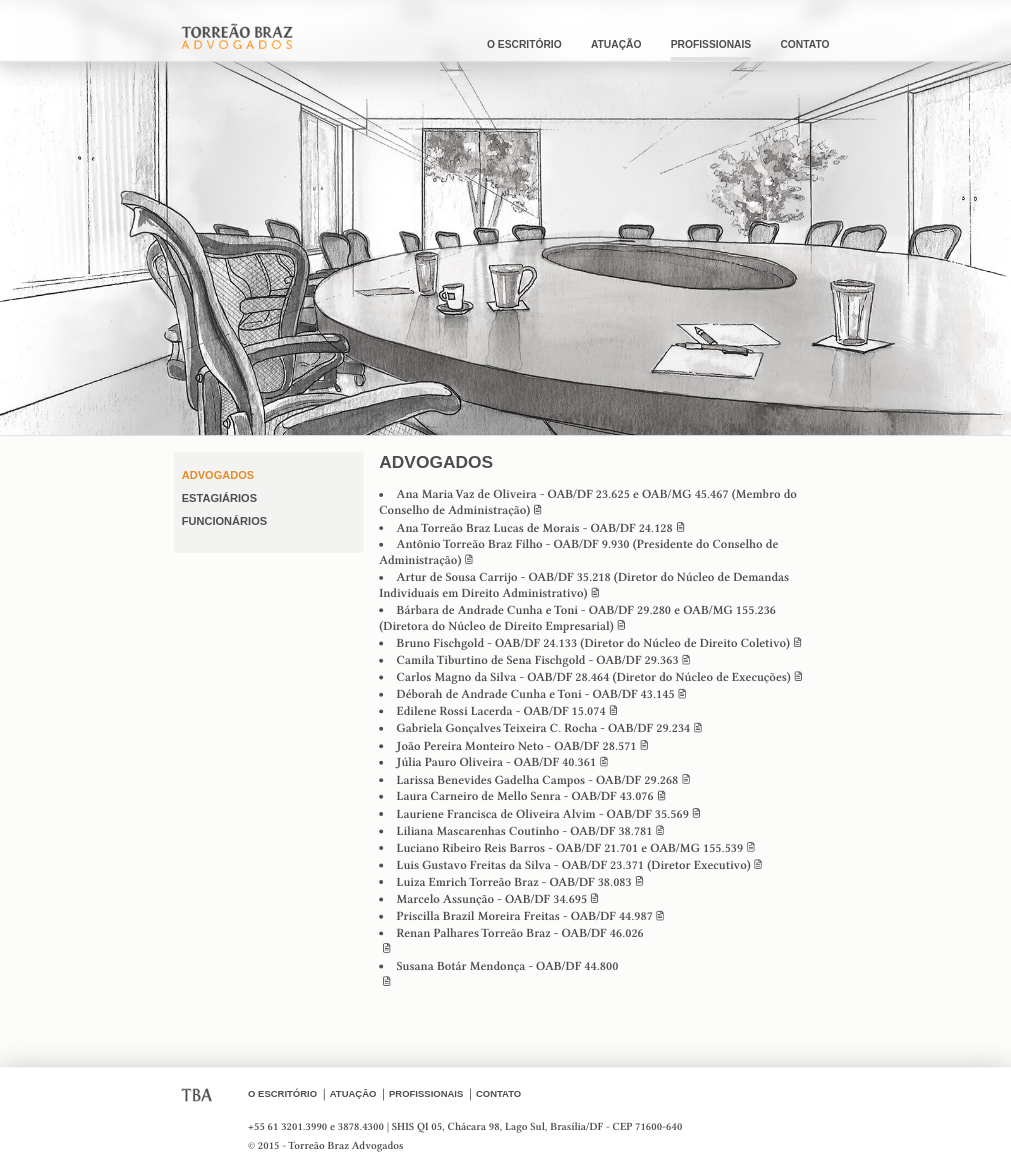
Repository: flira/torreao-braz
Page: dev/profissionais.html
The author's editor kept a record of every edit. The page is drawn from the files as they stood at one moment, then again after the next edit.
The browser window is 1280 px wide. The pictures show the whole page, at 79% of full size.
Some web libraries are served in a nearby version.

Above is the page before.

After the next edit:
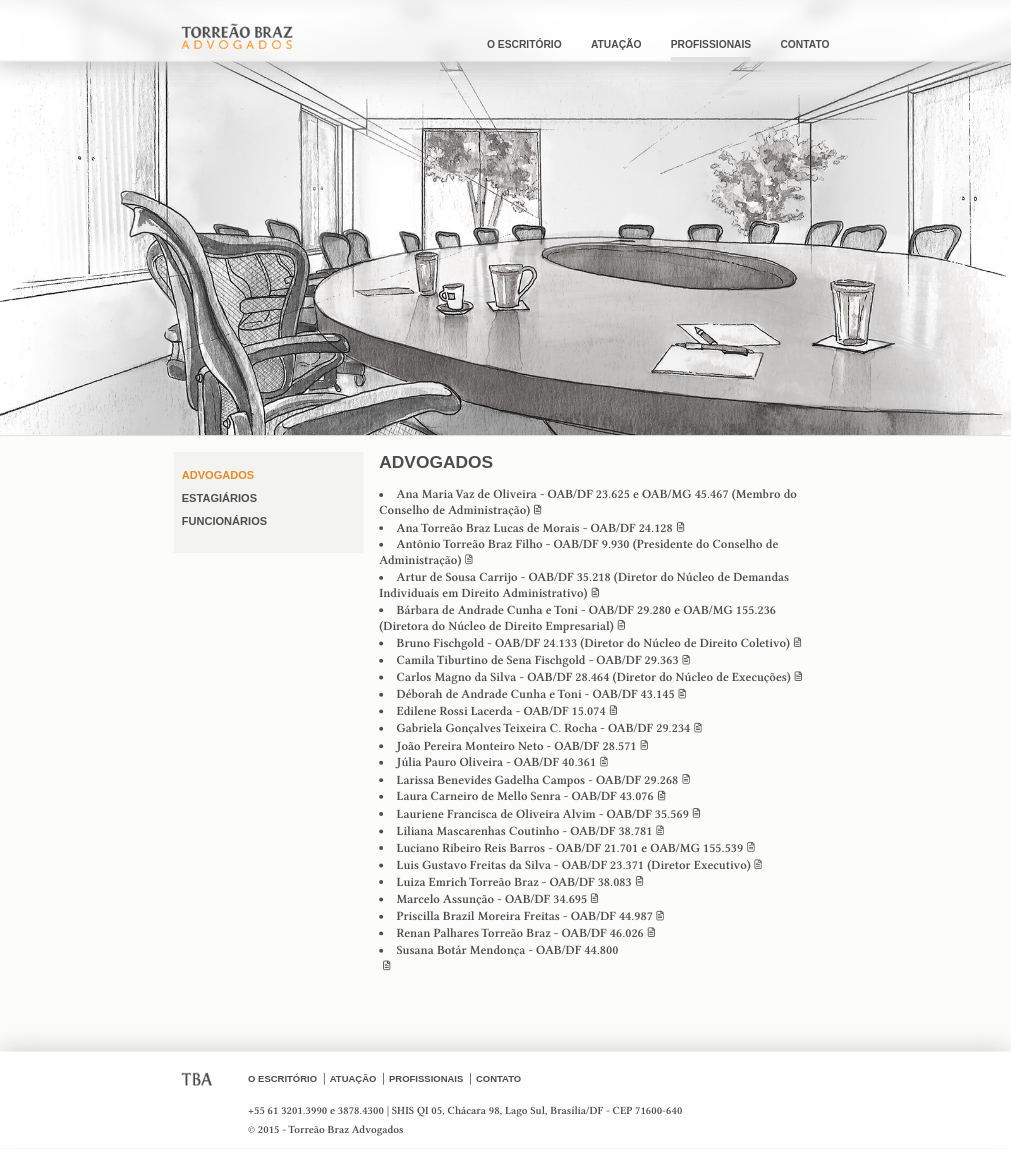
The edit:
--- a/dev/profissionais.html
+++ b/dev/profissionais.html
@@ -353,7 +353,7 @@
                 </div>
             </li>
             <li class="accordion">
-              <span class="cv" id="">Renan Palhares Torreão Braz - OAB/DF 46.026</a>
+              <span class="cv" id="">Renan Palhares Torreão Braz - OAB/DF 46.026</span>
                 <div>
                   <div class="content">
                     <a href="mailto:renan@torreaobraz.com.br" class="email">renan@torreaobraz.com.br</a>
